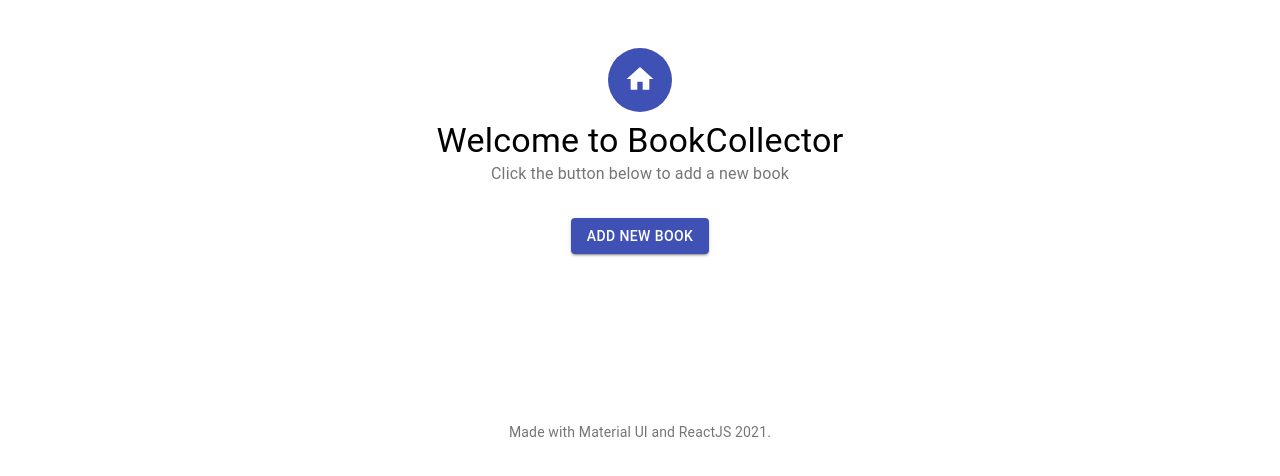
Repository: Colo-Codes/mini-project-react-book-collector
Page: /
These files come from the project's save history. The page is drawn as it stood at one moment and after the next save; the edit follows.
The browser window is 1280 px wide. The pictures show the whole page.
The project was rebuilt for these pictures with package versions that can differ from the ones it lists, and the page was loaded fresh each time. Also part of the build but not shown: src/Books/BooksGridItem.js, src/Books/AddBookForm.js.

Above is the page before, as saved 2021-08-25 13:38:10.

### src/App.js
import React, { useState } from 'react';

import { Box, Button, makeStyles } from '@material-ui/core';
import { Home } from '@material-ui/icons';

import AddBookForm from './Books/AddBookForm';
import Copyright from './UI/Copyright';
import Header from './UI/Header';
import BooksGrid from './Books/BooksGrid';

const useStyles = makeStyles(theme => ({
  paper: {
    marginTop: theme.spacing(5),
    marginBottom: theme.spacing(15),
    display: 'flex',
    flexDirection: 'column',
    alignItems: 'center',
  },
  icon: {
    color: 'white',
    width: theme.spacing(4),
    height: theme.spacing(4),
  },
  button: {
    marginTop: theme.spacing(4),
  },
  grid: {
    marginTop: theme.spacing(4),
  }
}));

function App() {
  const [showAddBookForm, setShowAddBookForm] = useState(false);
  const [bookList, setBookList] = useState('');

  const classes = useStyles();

  const addNewBookHandler = () => {
    setShowAddBookForm(true);
  }

  const hideFormHandler = () => {
    setShowAddBookForm(false);
  }

  // 'Lifting state up' function
  const newBookHandler = newBook => {
    setBookList(prevBook => [...prevBook, newBook]);
  }

  // 'Lifting state up' function
  const deleteBookHandler = bookId => {
    setBookList(prevBook => prevBook.filter(book => book.id !== bookId));
  }

  return (
    <React.Fragment>
      <header className={classes.paper}>
        {showAddBookForm && <AddBookForm onNewBook={newBookHandler} onHideForm={hideFormHandler} />} {/* Conditional Rendering */}
        {!showAddBookForm && <Header headerIcon={<Home className={classes.icon} />} headerContent={'Welcome to BookCollector'} textContent={'Click the button below to add a new book'} />} {/* Conditional Rendering */}
        {!showAddBookForm && <Button variant="contained" color="primary" onClick={addNewBookHandler} className={classes.button} >Add new book</Button>} {/* Conditional Rendering */}
      </header>
      <main>
        <BooksGrid bookList={bookList} onDeleteBook={deleteBookHandler} />
      </main>
      <footer>
        <Box mt={8}><Copyright /></Box>
      </footer>
    </React.Fragment>
  );
}

export default App;

### src/UI/Copyright.js
import { Typography } from "@material-ui/core";
import { Link } from "@material-ui/core";

function Copyright() {
    return (
        <Typography variant="body2" color="textSecondary" align="center">
            {'Made with '}
            <Link color="inherit" href="https://material-ui.com/" target="_blank">
                Material UI
            </Link>{' and '}
            <Link color="inherit" href="https://reactjs.org/" target="_blank">
                ReactJS
            </Link>{' '}
            {new Date().getFullYear()}
            {'.'}
        </Typography>
    );
}

export default Copyright;

### src/UI/Header.js
import { Avatar, Typography, makeStyles } from "@material-ui/core";
import { Home } from '@material-ui/icons';

const useStyles = makeStyles(theme => ({
    paper: {
        // marginTop: theme.spacing(10),
        display: 'flex',
        flexDirection: 'column',
        alignItems: 'center',
    },
    avatar: {
        margin: theme.spacing(1),
        width: theme.spacing(8),
        height: theme.spacing(8),
        backgroundColor: theme.palette.primary.main,
    },
    lightGray: {
        color: theme.palette.text.secondary,
    },
}));

const Header = props => {
    const classes = useStyles();

    return (
        <div className={classes.paper}>
            <Avatar className={classes.avatar}>
                <div className={classes.icon}>{props.headerIcon}</div>
            </Avatar>
            <Typography variant="h4" component="h2">{props.headerContent}</Typography>
            <Typography variant="body1" className={classes.lightGray}>{props.textContent}</Typography>
        </div>
    );
}

export default Header;

### src/Books/BooksGrid.js
import { Container, Grid } from '@material-ui/core';
import { useState } from 'react';
import BooksGridItem from './BooksGridItem';

const BooksGrid = props => {

    return (
        <Container>
            <Grid container spacing={2} direction="row"
                justifyContent="center"
                alignItems="stretch">
                {props.bookList.length > 0 && props.bookList.map(bookItem =>
                    <BooksGridItem key={bookItem.id} id={bookItem.id} title={bookItem.title} author={bookItem.author} onDelete={props.onDeleteBook} />
                )}
            </Grid>
        </Container>
    );
}

export default BooksGrid;

Loaded but not shown: public/index.html (common file); src/index.js (common file); src/index.css (common file)

After the next save:
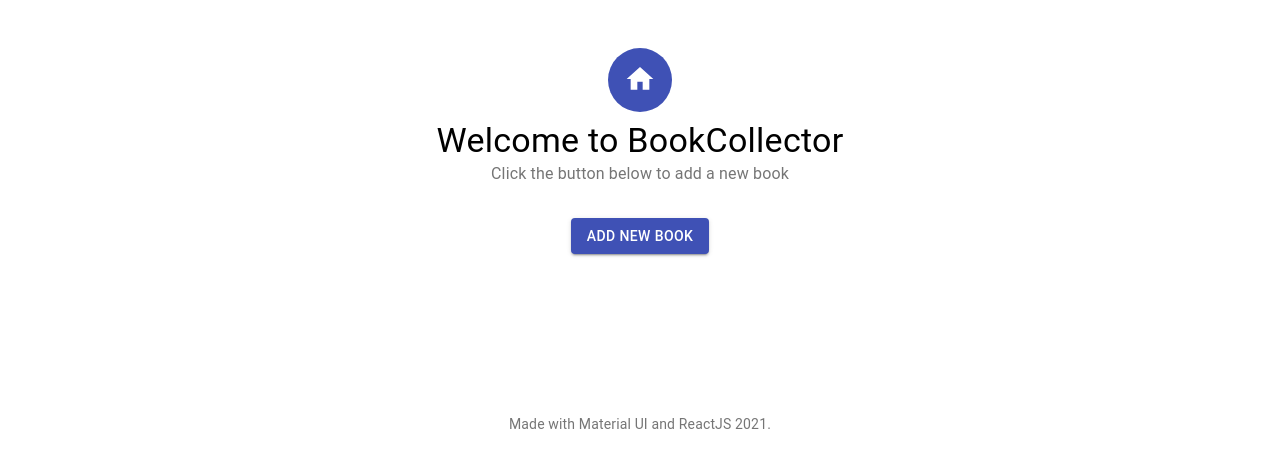
Saved 6 s later.
--- a/src/Books/BooksGrid.js
+++ b/src/Books/BooksGrid.js
@@ -6,7 +6,7 @@ const BooksGrid = props => {
 
     return (
         <Container>
-            <Grid container spacing={2} direction="row"
+            <Grid container spacing={3} direction="row"
                 justifyContent="center"
                 alignItems="stretch">
                 {props.bookList.length > 0 && props.bookList.map(bookItem =>
